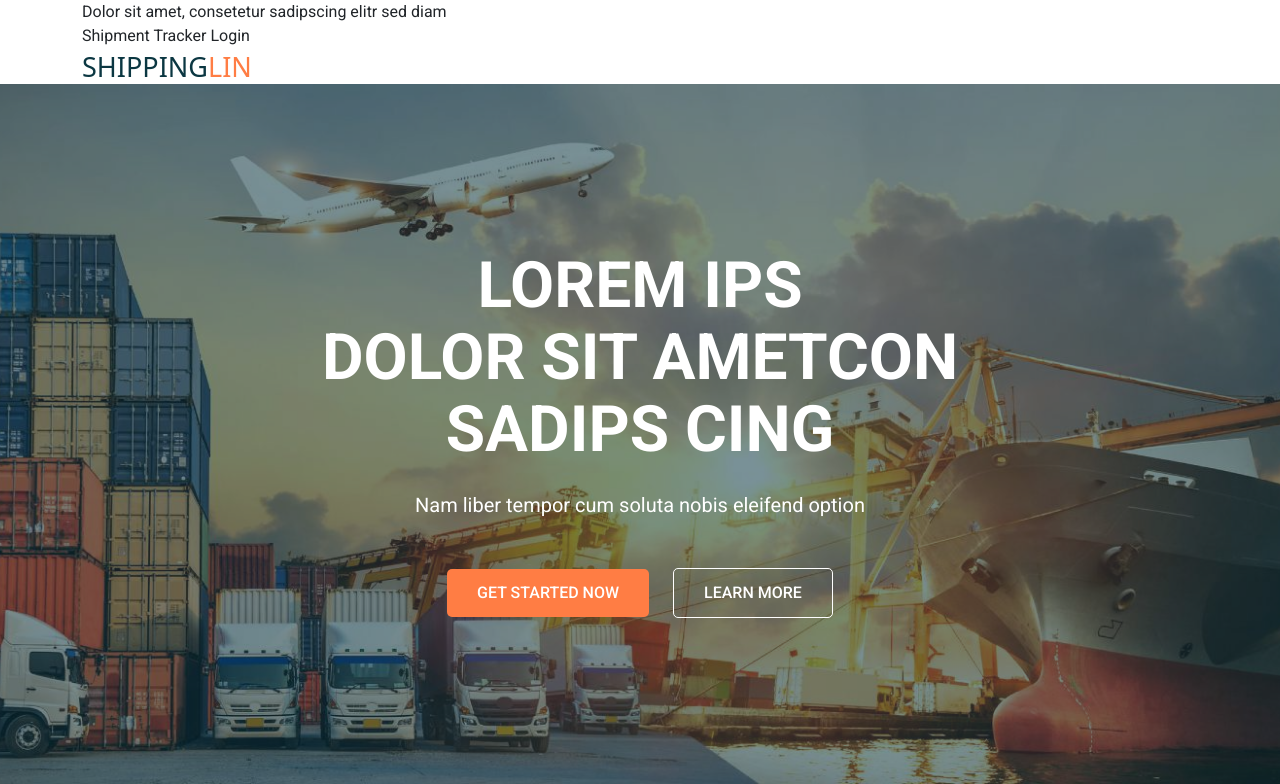
Repository: nazmulalok/shipping-template
Page: index.html
The author's editor kept a copy of each file at every save. The page is drawn from the files as they stood at one save, then again after the next save.
The browser window is 1280 px wide. The pictures show the whole page.

Above is the page before, as saved 2022-10-03 10:27:41.

After the next save:
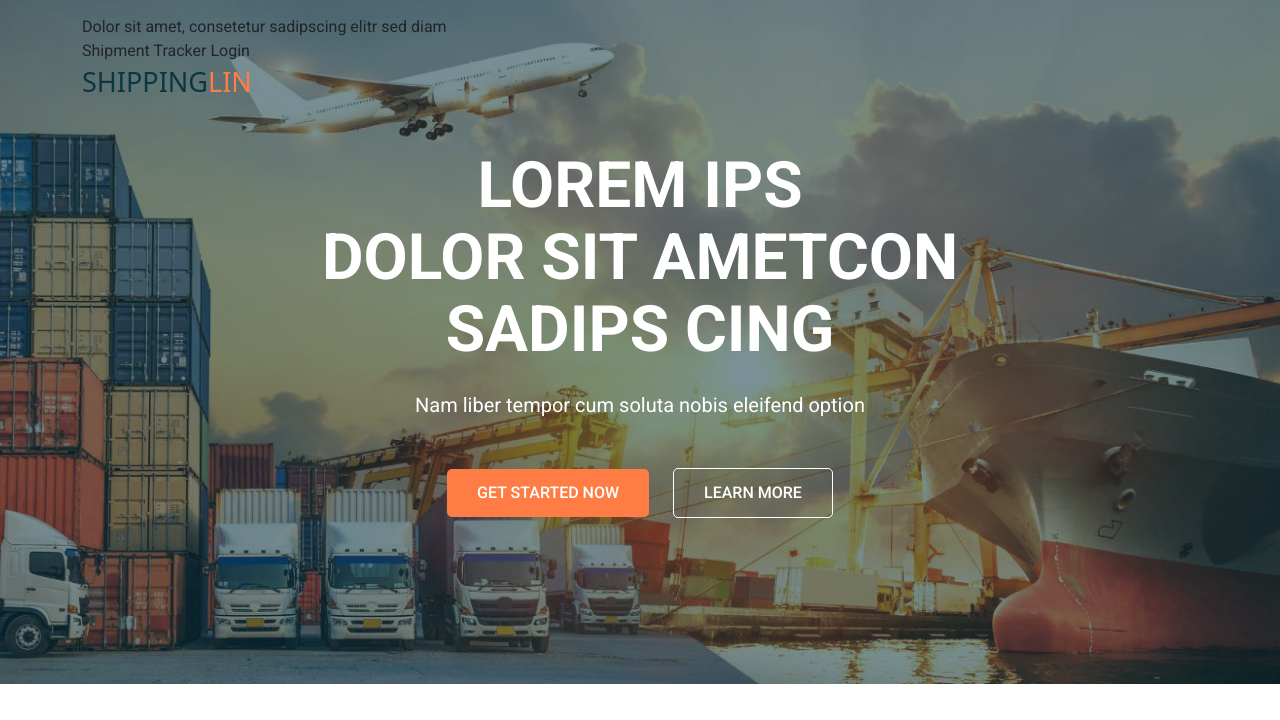
Saved 2 h 34 min later.
--- a/style.css
+++ b/style.css
@@ -30,6 +30,8 @@ body {
     display: flex;
     align-items: center;
     transition: all 1s;
+    margin-top: -130px;
+    z-index: 50;
 }
 
 .main-slider:before {
@@ -88,3 +90,12 @@ a.common-btn.outline-btn {
 a.common-btn.outline-btn:hover {
     background: var(--tertiary-color) !important;
 }
+
+/* Header style starts */
+
+.header-top {
+    z-index: 100;
+    background: transparent;
+    position: relative;
+    padding: 15px 0px;
+}
